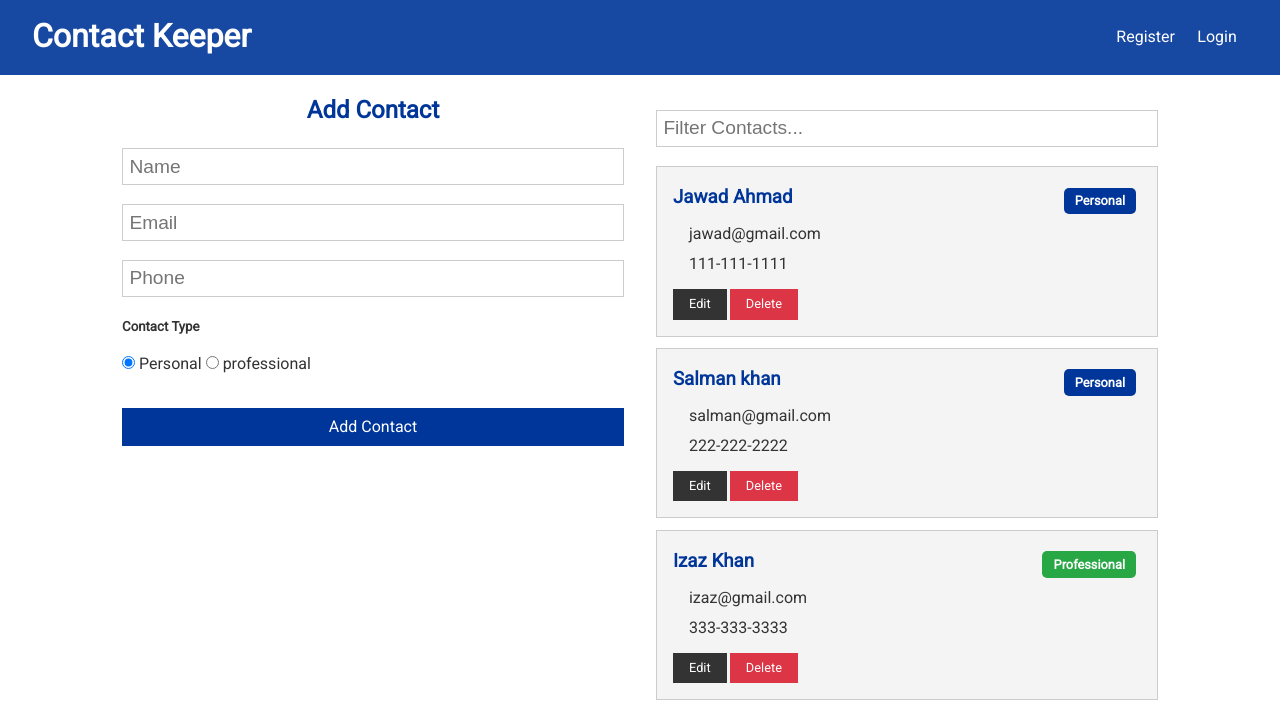
Repository: Izzazkhan/ContactStorage
Page: / (app in client/)
These files come from the project's save history. The page is drawn as it stood at one moment and after the next save; the edit follows.
The browser window is 1280 px wide. The pictures show the whole page.
The project was rebuilt for these pictures with package versions that can differ from the ones it lists, and the page was loaded fresh each time. A package was used in the major version that the imports need, not the one package.json lists. Also part of the build but not shown: client/src/components/pages/About.js, client/src/components/auth/Register.js, client/src/components/auth/Login.js, client/src/components/layout/Alerts.js.

Above is the page before, as saved 2020-01-25 12:55:55.

After the next save:
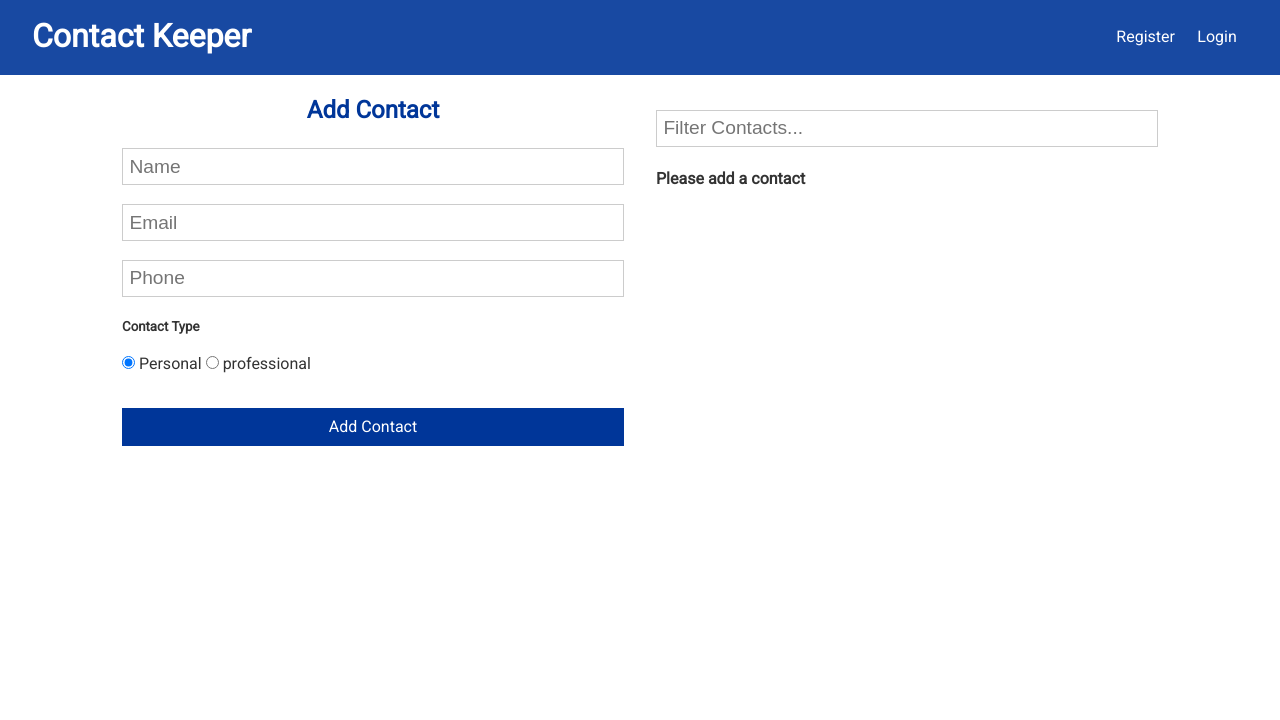
Saved 28 min 21 s later.
--- a/client/src/context/contact/ContactState.js
+++ b/client/src/context/contact/ContactState.js
@@ -1,4 +1,5 @@
 import React, {useReducer} from 'react'
+import axios from 'axios'
 import uuid from 'uuid'
 import ContactContext from './contactContext'
 import contactReducer from './contactReducer'
@@ -14,29 +15,7 @@ import {
 
 const ContactState = props => {
     const initialState = {
-        contacts: [
-            {
-                id: 1,
-                name: 'Jawad Ahmad',
-                email: 'jawad@gmail.com',
-                phone: '111-111-1111',
-                type: 'personal'
-            },
-            {
-                id: 2,
-                name: 'Salman khan',
-                email: 'salman@gmail.com',
-                phone: '222-222-2222',
-                type: 'personal'
-            },
-            {
-                id: 3,
-                name: 'Izaz Khan',
-                email: 'izaz@gmail.com',
-                phone: '333-333-3333',
-                type: 'professional'
-            }
-        ],
+        contacts: [],
         current: null,
         filtered: null
     }
